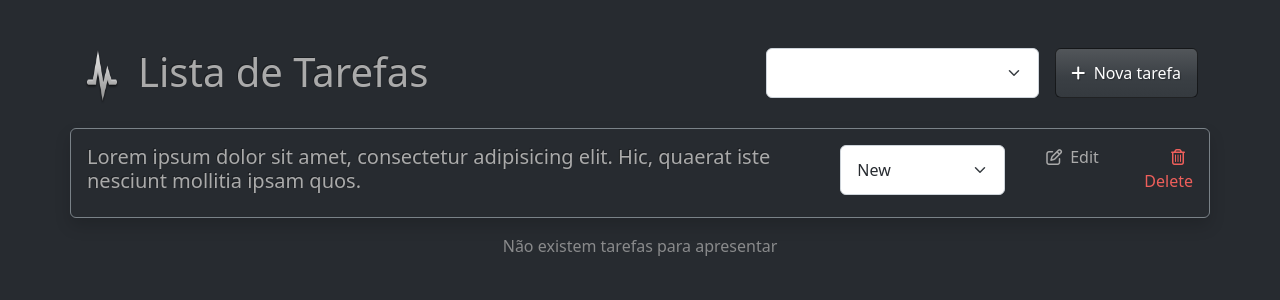
Repository: cargugati/lista_tarefas
Page: frontEnd/index.html
An editor plug-in stored every save of this project. The page is shown before and after the next save, followed by the edit.
The browser window is 1280 px wide. The pictures show the whole page.

Above is the page before, as saved 2023-03-18 22:48:09.

### frontEnd/index.html
<!DOCTYPE html>
<html lang="pt-br">

<head>
  <meta charset="UTF-8">
  <meta http-equiv="X-UA-Compatible" content="IE=edge">
  <meta name="viewport" content="width=device-width, initial-scale=1.0">
  <title>Lista de Tarefas</title>
  <link rel="stylesheet" href="./assets/css/bootstrap.min.css">
  <link rel="stylesheet" href="./assets/fontawesome/css/all.min.css">
  <link rel="shortcut icon" href="./assets/images/favicon.png" type="image/png">
</head>

<body>
  <div class="container my-5">

    <!-- cabeçalho -->
    <div class="row mb-4">
      <div class="col">
        <div class="d-flex justify-content-start">
          <img src="./assets/images/favicon.png" alt="Logo" class="img-fluid me-3" width="40px">
          <h1>Lista de Tarefas</h1>
        </div>

      </div>
      <div class="col text-end">
        <div class="d-flex justify-content-end">
          <select id="select_filter" class="form-select w-50 me-3">
            <option value=""></option>
            <option value="1">1</option>
          </select>
          <a href="new_task.html" class="btn btn-primary"><i class="fa-solid fa-plus me-2"></i>Nova tarefa</a>
        </div>
      </div>
    </div>

    <!-- aspecto visual de uma tarefa -->
    <div class="row mb-3">
      <div class="col-12 border border-secondary rounded p-3 shadow">
        <div class="row align-i">
          <div class="col-8">
            <h5>Lorem ipsum dolor sit amet, consectetur adipisicing elit. Hic, quaerat iste nesciunt mollitia ipsam
              quos.</h5>
          </div>
          <div class="col-2">
            <select id="task_status" class="form-select">
              <option value="new">New</option>
              <option value="in progress">In progress</option>
              <option value="canceled">Canceled</option>
              <option value="done">Done</option>
            </select>
          </div>
          <div class="col-1 text-end"><i class="fa-regular fa-pen-to-square me-2"></i>Edit</div>
          <div class="col-1 text-end text-danger"><i class="fa-regular fa-trash-can me-2"></i>Delete</div>
        </div>
      </div>
    </div>


    <!-- sem tarefa -->
    <div class="row " id="no_tasks">
      <div class="col text-center">
        <span class="opacity-75">Não existem tarefas para apresentar</span>
      </div>
    </div>
  </div>


  <script src="./assets/js/bootstrap.bundle.min.js"></script>
</body>

</html>

Loaded but not shown: frontEnd/assets/css/bootstrap.min.css (library); frontEnd/assets/fontawesome/css/all.min.css (library); frontEnd/assets/js/bootstrap.bundle.min.js (library)

After the next save:
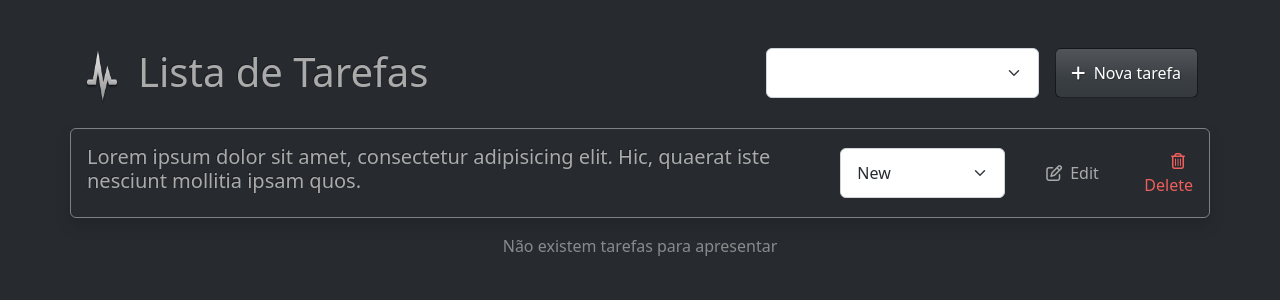
Saved 5 s later.
--- a/frontEnd/index.html
+++ b/frontEnd/index.html
@@ -37,7 +37,7 @@
     <!-- aspecto visual de uma tarefa -->
     <div class="row mb-3">
       <div class="col-12 border border-secondary rounded p-3 shadow">
-        <div class="row align-i">
+        <div class="row align-items-center">
           <div class="col-8">
             <h5>Lorem ipsum dolor sit amet, consectetur adipisicing elit. Hic, quaerat iste nesciunt mollitia ipsam
               quos.</h5>
